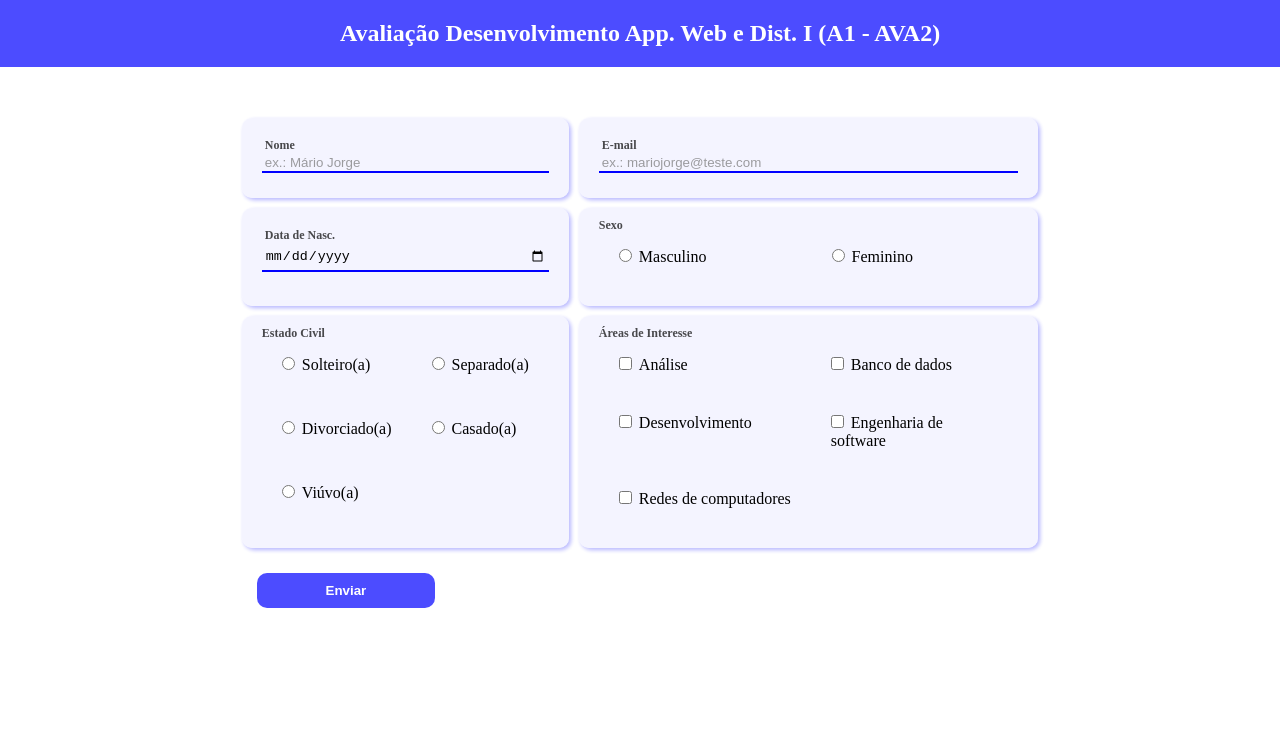
Repository: mjRibeiroTriscal/UVA_Projects
Page: Proj_A1_AVA2_2020_1/index.html
These files come from the project's save history. The page is drawn as it stood at one moment and after the next save; the edit follows.
The browser window is 1280 px wide. The pictures show the whole page.

Above is the page before, as saved 2020-03-13 16:53:23.
Console error: TypeError: Cannot set properties of null (setting 'innerHTML')

### Proj_A1_AVA2_2020_1/index.html
<!--
*   @project     A1_AVA2_UVA_2020_1
*   @author      Mário Jorge (mariojgmaster@yahoo.com.br)
*   @Git         MJRibeiroTriscal (https://github.com/mjRibeiroTriscal)
-->

<html>

<head>
    <meta charset="UTF-8">
    <title>Tell Me About You</title>
    <!-- <link rel="icon" href="./favicon.png" sizes="16x16 32x32" type="image/png"> -->
    <script src="./script.js"></script>
    <link rel="stylesheet" href="./style.css" />
</head>

<body>
    <div id="container">

        <header>

            <h2>Avaliação Desenvolvimento App. Web e Dist. I (A1 - AVA2)</h2>

        </header>

        <section>

            <form class="gridContainer" name="formUva" method="GET" action="./submit.html">

                <div class="gridItem blockContainer">
                    <label for="nome" class="labelFirst">Nome</label>
                    <input id="nome" type="text" name="nome" placeholder="ex.: Mário Jorge" />
                </div>
                <div class="gridItem blockContainer">
                    <label for="email" class="labelFirst">E-mail</label>
                    <input id="email" type="text" name="email" placeholder="ex.: mariojorge@teste.com" />
                </div>

                <div class="gridItem blockContainer">
                    <label for="dataNasc" class="labelFirst">Data de Nasc.</label>
                    <input id="dataNasc" type="date" name="dataNasc" />
                </div>

                <div class="gridItem gridContainer blockContainer">
                    <h3 style="position:absolute;margin-top:-10px;">Sexo</h3>
                    <div class="gridItem">
                        <input id="masc" type="radio" name="sexo" />
                        <label for="masc">Masculino</label>
                    </div>
                    <div class="gridItem">
                        <input id="fem" type="radio" name="sexo" />
                        <label for="fem">Feminino</label>
                    </div>
                </div>

                <div class="gridItem gridContainer blockContainer">
                    <h3 style="position:absolute;margin-top:-10px;">Estado Civil</h3>
                    <div class="gridItem">
                        <input id="solteiro" type="radio" name="estCivil" />
                        <label for="solteiro">Solteiro(a)</label>
                    </div>
                    <div class="gridItem">
                        <input id="separado" type="radio" name="estCivil" />
                        <label for="separado">Separado(a)</label>
                    </div>
                    <div class="gridItem">
                        <input id="divorciado" type="radio" name="estCivil" />
                        <label for="divorciado">Divorciado(a)</label>
                    </div>
                    <div class="gridItem">
                        <input id="casado" type="radio" name="estCivil" />
                        <label for="casado">Casado(a)</label>
                    </div>
                    <div class="gridItem">
                        <input id="viuvo" type="radio" name="estCivil" />
                        <label for="viuvo">Viúvo(a)</label>
                    </div>
                </div>

                <div class="gridItem gridContainer blockContainer">
                    <h3 style="position:absolute;margin-top:-10px;">Áreas de Interesse</h3>
                    <div class="gridItem">
                        <input id="analise" type="checkbox" name="analise" />
                        <label for="analise">Análise</label>
                    </div>
                    <div class="gridItem">
                        <input id="bancoDados" type="checkbox" name="bancoDados" />
                        <label for="bancoDados">Banco de dados</label>
                    </div>
                    <div class="gridItem">
                        <input id="desenvolvimento" type="checkbox" name="desenvolvimento" />
                        <label for="desenvolvimento">Desenvolvimento</label>
                    </div>
                    <div class="gridItem">
                        <input id="engenhariaSoftware" type="checkbox" name="engenhariaSoftware" />
                        <label for="engenhariaSoftware">Engenharia de software</label>
                    </div>
                    <div class="gridItem">
                        <input id="redesComputadores" type="checkbox" name="redesComputadores" />
                        <label for="redesComputadores">Redes de computadores</label>
                    </div>
                </div>

                <div class="gridItem itemFlex">
                    <input type="submit" value="Enviar">
                </div>

            </form>

        </section>

        <footer>

        </footer>

</body>

</html>

### Proj_A1_AVA2_2020_1/script.js
/*
 *   @project     A1_AVA2_UVA_2020_1
 *   @author      Mário Jorge (mariojgmaster@yahoo.com.br)
 *   @Git         MJRibeiroTriscal (https://github.com/mjRibeiroTriscal)
 */

const url_string = window.location.search;
const url = new URLSearchParams(url_string);

const c = url.get('nome');
const d = url.get('email');
const e = url.get('dataNasc');
const f = url.get('sexo');
const g = url.get('estCivil');
const h = url.get('analise');
const i = url.get('bancoDados');
const j = url.get('desenvolvimento');
const k = url.get('engenhariaSoftware');
const l = url.get('redesComputadores');

console.log(document.getElementById('nome'))
document.getElementById('email').innerHTML = d
document.getElementById('dataNasc').innerHTML = e
document.getElementById('sexo').innerHTML = f
document.getElementById('estCivil').innerHTML = g
document.getElementById('areasInteresse').innerHTML = h

console.log('nome >>> ' + c);
console.log('email >>> ' + d);
console.log('dataNasc >>> ' + e);
console.log('sexo >>> ' + f);
console.log('estCivil >>> ' + g);
console.log('analise >>> ' + h);
console.log('bancoDados >>> ' + i);
console.log('desenvolvimento >>> ' + j);
console.log('engenhariaSoftware >>> ' + k);
console.log('redesComputadores >>> ' + l);

### Proj_A1_AVA2_2020_1/style.css
/*
 *   @project     A1_AVA2_UVA_2020_1
 *   @author      Mário Jorge (mariojgmaster@yahoo.com.br)
 *   @Git         MJRibeiroTriscal (https://github.com/mjRibeiroTriscal)
 */

* {
    margin: 0px;
    padding: 0px;
}

html,
body {
    width: 100%;
    height: 100%;
}

#container {
    padding: 10px;
    display: flex;
    align-items: center;
    justify-content: center;
    height: 100%;
}

header {
    position: fixed;
    top: 0px;
    background-color: red;
    width: 100%;
    text-align: center;
    padding: 20px 0px;
    background-color: rgba(0, 0, 255, 0.7)
}

header h2 {
    color: #FFF
}

section {
    width: 80%;
    display: flex;
    align-items: center;
    justify-content: center;
}

section form.gridContainer {
    width: 80%;
}

label.labelFirst,
h3 {
    font-size: 12px;
    font-weight: 700;
    opacity: 0.7;
}

label {
    margin-left: 3px;
}

input {
    border: none;
    outline: none;
    box-shadow: 0;
}

input[type=text],
input[type=date] {
    width: 100%;
    height: 50%;
    padding: 5px 3px 3px 3px;
    border-bottom: 2px solid Blue;
    background: none;
}

input[type=text]::placeholder,
input[type=date]::placeholder {
    opacity: 0.7;
}

input[type=submit] {
    width: 60%;
    height: 100%;
    padding: 10px;
    color: #FFF;
    font-weight: bold;
    background-color: rgba(0, 0, 255, 0.7);
    border-radius: 10px;
}

input[type=submit]:hover {
    background-color: rgba(0, 0, 255, 0.6);
}

input[type=submit]:active {
    background-color: rgba(0, 0, 255, 0.8);
}

.gridContainer {
    display: grid;
    grid-template-columns: auto auto;
}

.gridItem {
    padding: 20px;
}

.blockContainer {
    margin: 5px;
    border-radius: 10px;
    background-color: rgba(240, 240, 255, 0.7);
    box-shadow: 2px 2px 4px rgba(0, 0, 255, 0.1), 2px 2px 4px rgba(0, 0, 255, 0.2);
}

After the next save:
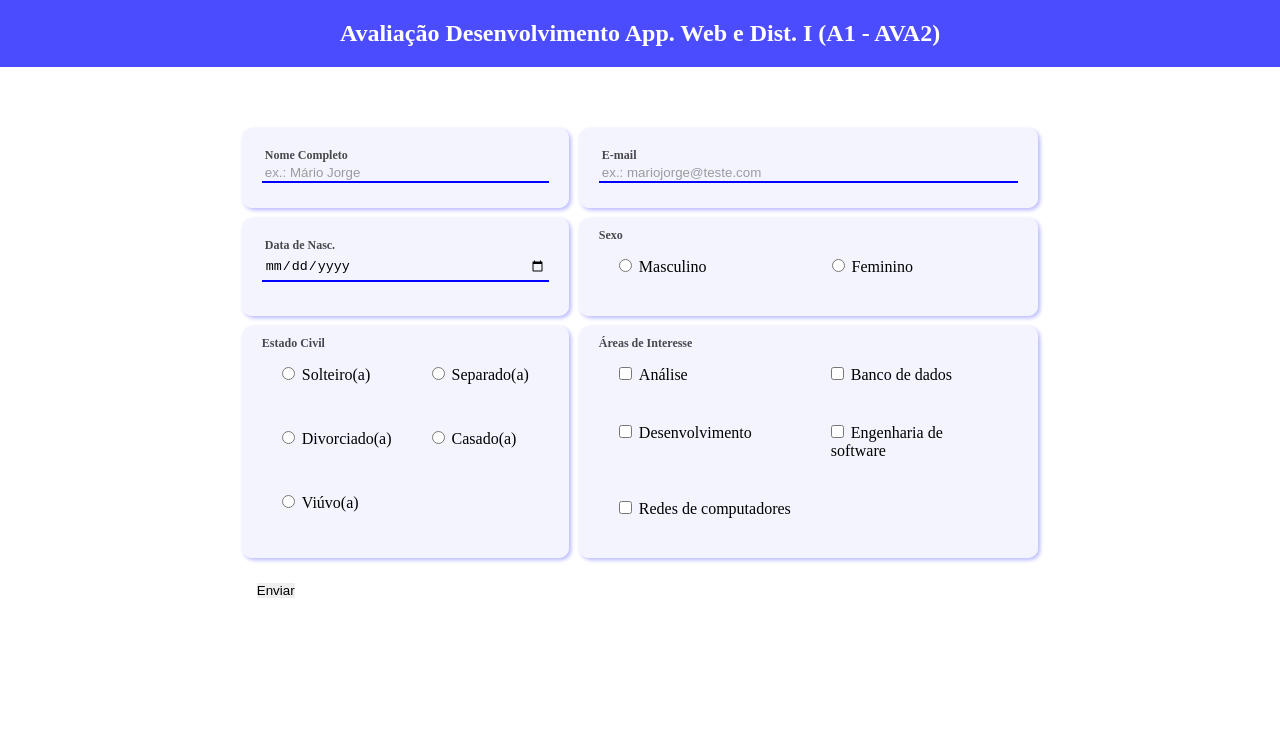
Saved 2 days later.
--- a/Proj_A1_AVA2_2020_1/index.html
+++ b/Proj_A1_AVA2_2020_1/index.html
@@ -28,27 +28,27 @@
             <form class="gridContainer" name="formUva" method="GET" action="./submit.html">
 
                 <div class="gridItem blockContainer">
-                    <label for="nome" class="labelFirst">Nome</label>
+                    <label for="nome" class="labelFirst">Nome Completo</label>
                     <input id="nome" type="text" name="nome" placeholder="ex.: Mário Jorge" />
                 </div>
                 <div class="gridItem blockContainer">
                     <label for="email" class="labelFirst">E-mail</label>
-                    <input id="email" type="text" name="email" placeholder="ex.: mariojorge@teste.com" />
+                    <input id="email" type="text" name="email" placeholder="ex.: mariojorge@teste.com" onblur="emailValidation()" />
                 </div>
 
                 <div class="gridItem blockContainer">
                     <label for="dataNasc" class="labelFirst">Data de Nasc.</label>
-                    <input id="dataNasc" type="date" name="dataNasc" />
+                    <input id="dataNasc" type="date" name="dataNasc" onblur="dataNascValidation()" />
                 </div>
 
                 <div class="gridItem gridContainer blockContainer">
                     <h3 style="position:absolute;margin-top:-10px;">Sexo</h3>
                     <div class="gridItem">
-                        <input id="masc" type="radio" name="sexo" />
+                        <input id="masc" type="radio" name="sexo" value="M" />
                         <label for="masc">Masculino</label>
                     </div>
                     <div class="gridItem">
-                        <input id="fem" type="radio" name="sexo" />
+                        <input id="fem" type="radio" name="sexo" value="F" />
                         <label for="fem">Feminino</label>
                     </div>
                 </div>
@@ -56,23 +56,23 @@
                 <div class="gridItem gridContainer blockContainer">
                     <h3 style="position:absolute;margin-top:-10px;">Estado Civil</h3>
                     <div class="gridItem">
-                        <input id="solteiro" type="radio" name="estCivil" />
+                        <input id="solteiro" value="Solteiro" type="radio" name="estCivil" />
                         <label for="solteiro">Solteiro(a)</label>
                     </div>
                     <div class="gridItem">
-                        <input id="separado" type="radio" name="estCivil" />
+                        <input id="separado" value="Separado" type="radio" name="estCivil" />
                         <label for="separado">Separado(a)</label>
                     </div>
                     <div class="gridItem">
-                        <input id="divorciado" type="radio" name="estCivil" />
+                        <input id="divorciado" value="Divorciado" type="radio" name="estCivil" />
                         <label for="divorciado">Divorciado(a)</label>
                     </div>
                     <div class="gridItem">
-                        <input id="casado" type="radio" name="estCivil" />
+                        <input id="casado" value="Casado" type="radio" name="estCivil" />
                         <label for="casado">Casado(a)</label>
                     </div>
                     <div class="gridItem">
-                        <input id="viuvo" type="radio" name="estCivil" />
+                        <input id="viuvo" value="Viúvo" type="radio" name="estCivil" />
                         <label for="viuvo">Viúvo(a)</label>
                     </div>
                 </div>
@@ -102,7 +102,7 @@
                 </div>
 
                 <div class="gridItem itemFlex">
-                    <input type="submit" value="Enviar">
+                    <input type="button" value="Enviar" onclick="submeterForm()">
                 </div>
 
             </form>
